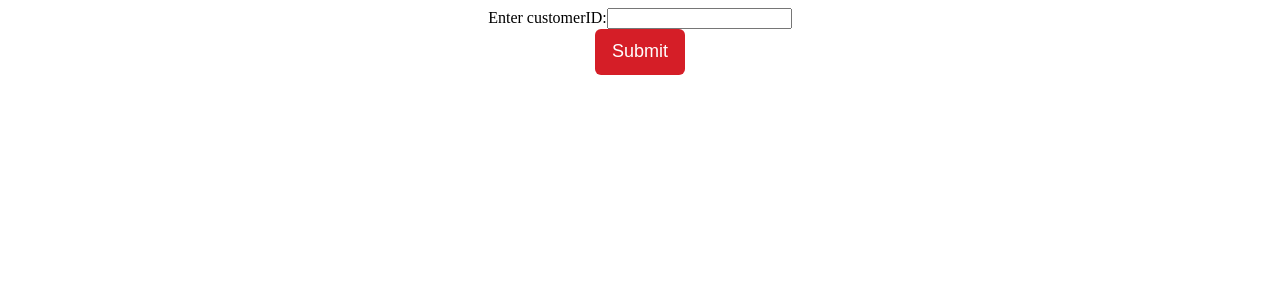
Repository: suma94/MyProjects
Page: http://localhost/SelfServiceSales/SuspendRestore.jsp
These files come from the project's save history. The page is drawn as it stood at one moment and after the next save; the edit follows.
The browser window is 1280 px wide. The pictures show the whole page.
The page is served by Tomcat 9.

Above is the page before, as saved 2015-08-26 04:50:49.

After the next save:
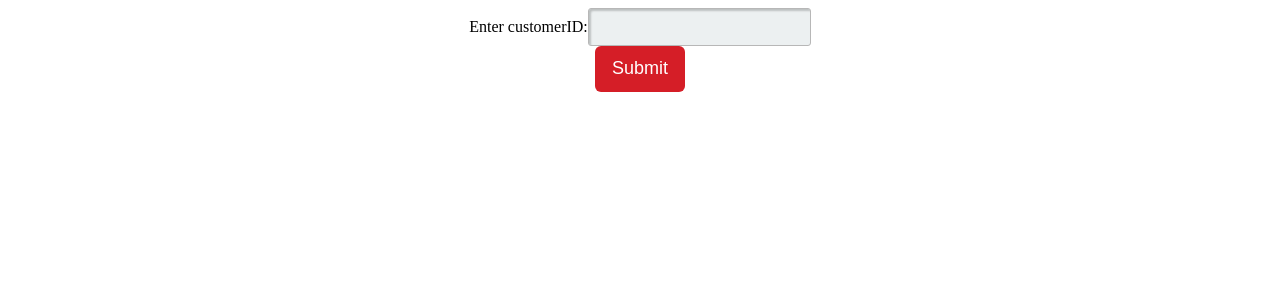
Saved 47 s later.
--- a/SelfServiceSales/WebContent/SuspendRestore.jsp
+++ b/SelfServiceSales/WebContent/SuspendRestore.jsp
@@ -10,7 +10,7 @@
 <body>
 <form action="Suspend" method="post">
 	<center>
-		Enter customerID:<input type="text" name="customerID"><br>
+		Enter customerID:<input type="text" name="customerID" class="vztext"><br>
 		<input type="submit"  value="Submit"name="Suspend" class="vzbtn">
 	</center>
 </form>
